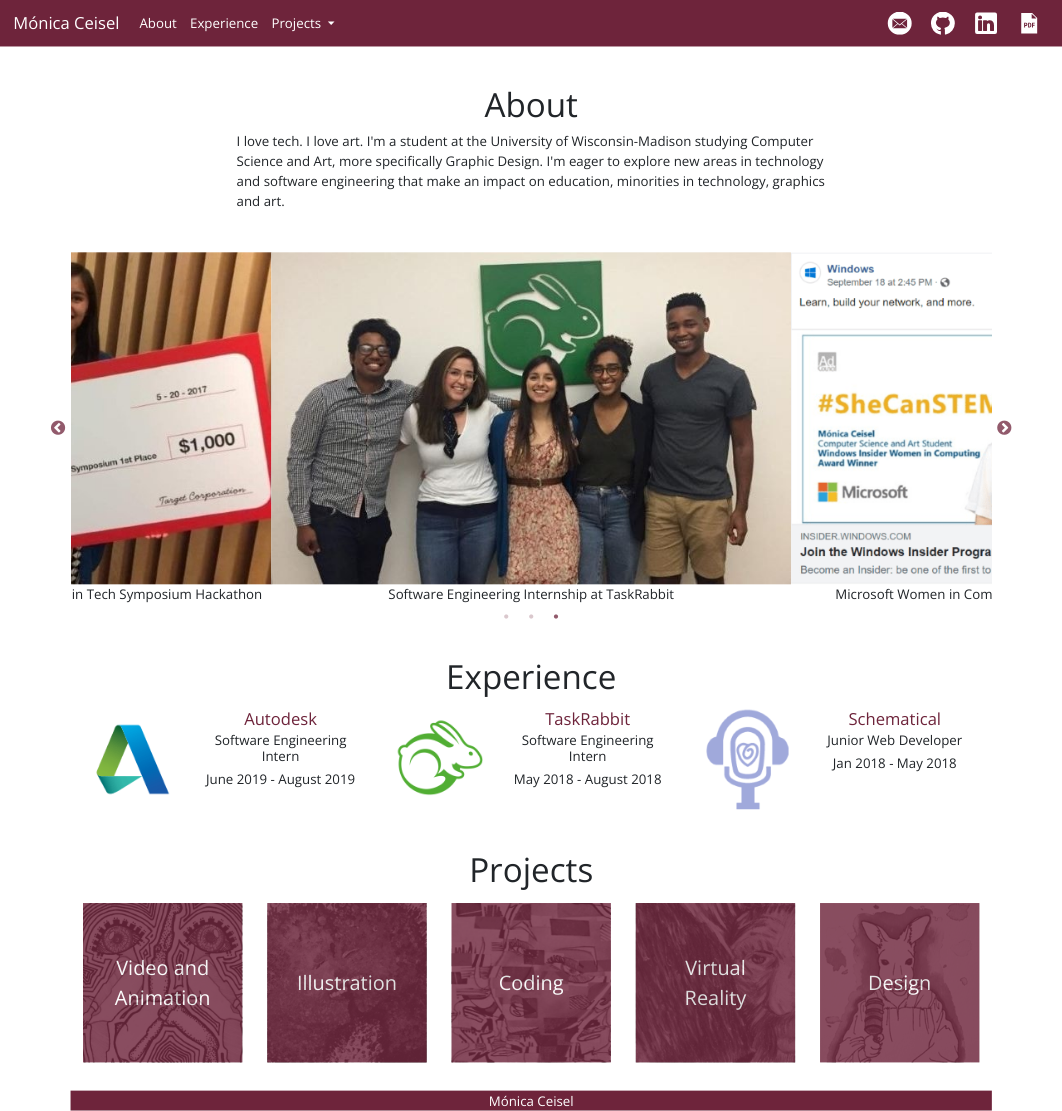
Repository: ceiselm/ceiselm.github.io
Page: index.html
These files come from the project's save history. The page is drawn as it stood at one moment and after the next save; the edit follows.
The browser window is 1280 px wide. The pictures show the whole page, at 83% of full size.

Above is the page before, as saved 2019-07-12 06:24:28.

### index.html
<!DOCTYPE html>
<html lang="en">

<head>
  <meta charset="utf-8">
  <meta http-equiv="X-UA-Compatible" content="IE=edge">
  <meta name="viewport" content="width=device-width, initial-scale=1">
  <title>M&oacute;nica Ceisel</title>
  <!-- Bootstrap -->
  <link href="css/bootstrap-4.2.1.css" rel="stylesheet">
  <!-- slick -->
  <link rel="stylesheet" type="text/css" href="slick/slick.css" />
  <!-- Add the new slick-theme.css if you want the default styling -->
  <link rel="stylesheet" type="text/css" href="slick/slick-theme.css" />
  <!-- font -->
  <link href="https://fonts.googleapis.com/css?family=Open+Sans&display=swap" rel="stylesheet">
  <!-- overwrites -->
  <link href="css/home.css" rel="stylesheet">
</head>

<body>
  <nav class="navbar navbar-expand-lg navbar-dark bg-dark">
    <a class="navbar-brand" href="./index.html">M&oacute;nica Ceisel</a>
    <button class="navbar-toggler" type="button" data-toggle="collapse" data-target="#navbarSupportedContent"
      aria-controls="navbarSupportedContent" aria-expanded="false" aria-label="Toggle navigation">
      <span class="navbar-toggler-icon"></span>
    </button>
    <div class="collapse navbar-collapse" id="navbarSupportedContent">
      <ul class="navbar-nav mr-auto">
        <li class="nav-item">
          <a class="nav-link" href="#startAbout">About</a>
        </li>
        <li class="nav-item">
          <a class="nav-link" href="#startExperience">Experience</a>
        </li>
        <li class="nav-item dropdown">
          <a class="nav-link dropdown-toggle" href="#" id="navbarDropdown" role="button" data-toggle="dropdown"
            aria-haspopup="true" aria-expanded="false">
            Projects
          </a>
          <div class="dropdown-menu" aria-labelledby="navbarDropdown">
            <a class="dropdown-item" href="./subpages/coding.html">Coding</a>
            <div class="dropdown-divider"></div>
            <a class="dropdown-item" href="./subpages/illustration.html">Illustration</a>
            <a class="dropdown-item" href="./subpages/design.html">Design</a>
            <a class="dropdown-item" href="./subpages/virtualreality.html">Virtual Reality</a>
            <a class="dropdown-item" href="./subpages/videoandanimation.html">Video and Animation</a>
          </div>
        </li>
      </ul>
    </div>
    <!--		HAVE ICONS APPEAR ON BOTTOM FOR RESPONSIVE!-->
    <div class="navabar navbar-collapse">
      <ul class="navbar-nav ml-auto">
        <li class="nav-item">
          <a target="_blank" href="mailto:ceiselm@gmail.com"><img class="contact-icon" src="images/social/mail.svg"
              title="ceiselm@gmail.com" alt="mail"></a>
          <a target="_blank" href="https://github.com/ceiselm"><img class="contact-icon" src="images/social/github.svg"
              title="ceiselm" alt="github"></a>
          <a target="_blank" href="https://www.linkedin.com/in/monicaceisel/"><img class="contact-icon" src="images/social/linkedin.svg"
              title="monicaceisel" alt="linkedin"></a>
          <!-- <a target="_blank" href="https://twitter.com/Momonimations"><img class="contact-icon" src="images/social/twitter.svg" title="Momonimations" alt="twitter"></a> -->
          <a target="_blank" href="https://drive.google.com/file/d/1QmD4gdm7__M2SBpGTWKV59mZdb-YG6Mg/view?usp=sharing"><img
              class="contact-icon" src="images/social/pdf.svg" title="Resume" alt="resume"></a>
        </li>
      </ul>
    </div>
  </nav>
  <!-- <hr> -->
  <div class="portion">
    <section>
      <div class="text-center mt-2">
        <div class="container">
          <div class="row">
            <div class="col-12">
              <h1 id="startAbout">About</h1>
              <div class="container">
                <div class="row justify-content-center">
                  <div class="col col-md-8">
                    <p align="left">I love tech. I love art. I'm a student at the University of Wisconsin-Madison
                      studying Computer Science and Art,
                      more specifically Graphic Design. I'm eager to explore new areas in technology and software
                      engineering that
                      make an impact on education, minorities in technology, graphics and art.
                    </p>
                  </div>
                </div>
              </div>
              <!--				https://insider.windows.com/en-us/community-news/how-this-coder-artist-grew-superpowers-to-create/-->
              <!--				https://insider.windows.com/en-us/community-news/extraordinary-women-in-computing/-->

              <!-- <div class="wrapper"> -->
              <div class="portion">
                <div class="slides">
                  <div><img class="slide-item" src="images/carousel/Microsoft.png" alt="First slide">Microsoft Women in
                    Computing Award Winner</div>
                  <div><img class="slide-item" src="images/carousel/Target.jpg" alt="Second slide">1st Place for the
                    Target Women in Tech Symposium Hackathon</div>
                  <div><img class="slide-item" src="images/carousel/TaskRabbit.jpg" alt="Third slide">Software
                    Engineering Internship at TaskRabbit</div>
                </div>
              </div>
              <!-- <hr> -->
              <div class="portion">
                <section>
                  <div class="container">
                    <div class="row">
                      <div class="col-12 text-center">
                        <h1 id="startExperience">Experience</h1>
                        <!-- <p>Lorem ipsum dolor sit amet, consectetur adipisicing elit. Quibusdam, magni, doloribus, possimus eum sapiente deleniti doloremque fugit ut expedita molestiae iusto debitis eveniet modi obcaecati ipsam quos quis labore dicta.</p> -->
                      </div>
                    </div>
                  </div>
                </section>
                <section>
                  <div class="container mt-2">
                    <div class="row">
                      <div class="col-md-4 col-12">
                        <ul class="list-unstyled">
                          <li class="media">
                            <img class="mr-3" src="images/companies/120px-Autodesk_logo.svg.png" alt="Generic placeholder image">
                            <div class="media-body">
                              <h5 class="mt-0 mb-1"><a href="https://www.autodesk.com/">Autodesk</a></h5>
                              <h6>Software Engineering Intern</h6>
                              <h6>June 2019 - August 2019</h6>
                            </div>
                          </li>
                        </ul>
                      </div>
                      <div class="col-md-4 col-12">
                        <ul class="list-unstyled">
                          <li class="media">
                            <img class="mr-3" src="images/companies/taskrabbit_logo.png" alt="Generic placeholder image">
                            <div class="media-body">
                              <h5 class="mt-0 mb-1"><a href="https://www.taskrabbit.com/">TaskRabbit</a></h5>
                              <h6>Software Engineering Intern</h6>
                              <h6>May 2018 - August 2018</h6>
                            </div>
                          </li>
                        </ul>
                      </div>
                      <div class="col-md-4 col-12">
                        <ul class="list-unstyled">
                          <li class="media">
                            <img class="mr-3" src="images/companies/castdex_logo.png" alt="Generic placeholder image">
                            <div class="media-body">
                              <h5 class="mt-0 mb-1"><a href="http://www.castdex.com/">Schematical</a></h5>
                              <h6>Junior Web Developer</h6>
                              <h6>Jan 2018 - May 2018</h6>
                            </div>
                          </li>
                        </ul>
                      </div>
                    </div>
                  </div>
                </section>
              </div>
              <!-- <hr> -->
              <div class="portion">
                <section>
                  <div class="container">
                    <div class="row">
                      <div class="col-12 text-center">
                        <h1>Projects</h1>
                        <!-- <p>Lorem ipsum dolor sit amet, consectetur adipisicing elit. Officia, et, placeat !</p> -->
                      </div>
                    </div>
                    <div class="row mt-2">

                      <div class="col-md mt-md-0 mt-1">
                        <a href="#">
                          <img class="image img-fluid float-right" src="images/buttons/Button03.png" alt="">
                          <div class="overlay">
                            <div class="text">Video and Animation</div>
                          </div>
                        </a>
                      </div>

                      <div class="col-md mt-md-0 mt-1">
                        <a href="#">
                          <img class="image img-fluid float-left" src="images/buttons/Button01.png" alt="">
                          <div class="overlay">
                            <div class="text">Illustration</div>
                          </div>
                        </a>
                      </div>

                      <div class="col-md mt-md-0 mt-1">
                        <a href="#">
                          <img class="image img-fluid float-left" src="images/buttons/Button05.png" alt="" href="#">
                          <div class="overlay">
                            <div class="text">Coding</div>
                          </div>
                        </a>
                      </div>
                      <div class="col-md mt-md-0 mt-1">
                        <a href="#">
                          <img class="image img-fluid float-right" src="images/buttons/Button04.png" alt="" href="#">
                          <div class="overlay">
                            <div class="text">Virtual Reality</div>
                          </div>
                        </a>
                      </div>
                      <div class="col-md mt-md-0 mt-1">
                        <a href="#">
                          <img class="image img-fluid float-left" src="images/buttons/Button02.png" alt="" href="#">
                          <div class="overlay">
                            <div class="text">Design</div>
                          </div>
                        </a>
                      </div>
                    </div>
                  </div>
                </section>
              </div>

              <div class="portion">
                <div class="container">
                  <div class="row">
                    <div class="footer">M&oacute;nica Ceisel</div>
                  </div>
                </div>
                <!-- <div class="footer"></div> -->
              </div>
              <!-- jQuery (necessary for Bootstrap's JavaScript plugins) -->
              <script src="js/jquery-3.3.1.min.js"></script>
              <!-- Include all compiled plugins (below), or include individual files as needed -->
              <script src="js/popper.min.js"></script>
              <script src="js/bootstrap-4.2.1.js"></script>
              <script src="js/index.js"></script>
              <!-- slick -->
              <script type="text/javascript" src="slick/slick.min.js"></script>
</body>

</html>

### css/home.css
@charset "utf-8";
/* CSS Document */

body {
  font-family: 'Open Sans', sans-serif;
}

.footer {
  left: 0;
  bottom: 0;
  width: 100%;
  background-color: #6E243B;
  color: white;
  text-align: center;
}

.contact-icon {
    height: 1.8em;
    width: 3em;

}

.contact-icon:hover {
    position: relative;
	opacity: .8;
}

.bg-dark {
  background-color: #6E243B !important;
}

.navbar-dark .navbar-nav .nav-link {
    color: rgba(255, 255, 255, 255);
}

h5 {
	color: #6E243B;
}

h5:hover, h5:link, h5:focus {
	color: #EDA200;
}

a {
	text-decoration: none !important;
	color: inherit;
}

a:hover, a:link, a:focus {
	color: inherit;
}

/*
.container {
  position: relative;
  width: 50%;
}
*/

.image {
  position:relative;
  display: block;
  width: 100%;
  height: auto;
  opacity: 0.9;
  transition: 1s ease;
  -webkit-filter: grayscale(100%); /* Safari 6.0 - 9.0 */
  filter: grayscale(100%);
}

.overlay {
  position: relative;
  top: 0;
  bottom: 0;
  left: 0;
  right: 0;
  height: 100%;
  width: 100%;
  opacity: 0.8;
  background-color: #6E243B;
}

.col-md:hover .image {
  opacity: 1;
  -webkit-filter: grayscale(0%); /* Safari 6.0 - 9.0 */
  filter: grayscale(0%);
}

.col-md:hover .overlay {
  opacity: 0;
}


.text {
  color: white;
  font-size: 18pt;
  position: absolute;
  top: 50%;
  left: 50%;
  opacity: 1 !important;
  -webkit-transform: translate(-50%, -50%);
  -ms-transform: translate(-50%, -50%);
  transform: translate(-50%, -50%);
  text-align: center;
}


.slide-item {
  width: 100%;
}


.slick-prev:before {
  color: #6E243B;
}

.slick-next:before {
  color: #6E243B;
}

.slick-dots li.slick-active button::before {
  color: #6E243B;
}

.slick-dots li button::before {
  color: #6E243B;
}

.portion {
  padding-top: 3%;
}

### js/index.js
$(document).ready(function(){
  $('.slides').slick({
    centerMode: true,
    centerPadding: '60px',
    slidesToShow: 1,
    slidesToScroll: 1,
    adaptiveHeight: true,
    dots: true,
    arrows: true,
    variableWidth: true,
    autoplay: true,
    autoplaySpeed: 2000,
    responsive: [
      {
        breakpoint: 768,
        settings: {
          arrows: false,
          centerMode: true,
          centerPadding: '40px',
          slidesToShow: 1
        }
      },
      {
        breakpoint: 480,
        settings: {
          arrows: false,
          centerMode: true,
          centerPadding: '40px',
          slidesToShow: 1
        }
      }
    ]

  });
});

Loaded but not shown: css/bootstrap-4.2.1.css (library); slick/slick.css (common file); slick/slick-theme.css (library); js/jquery-3.3.1.min.js (library); js/popper.min.js (library); js/bootstrap-4.2.1.js (library); slick/slick.min.js (library)

After the next save:
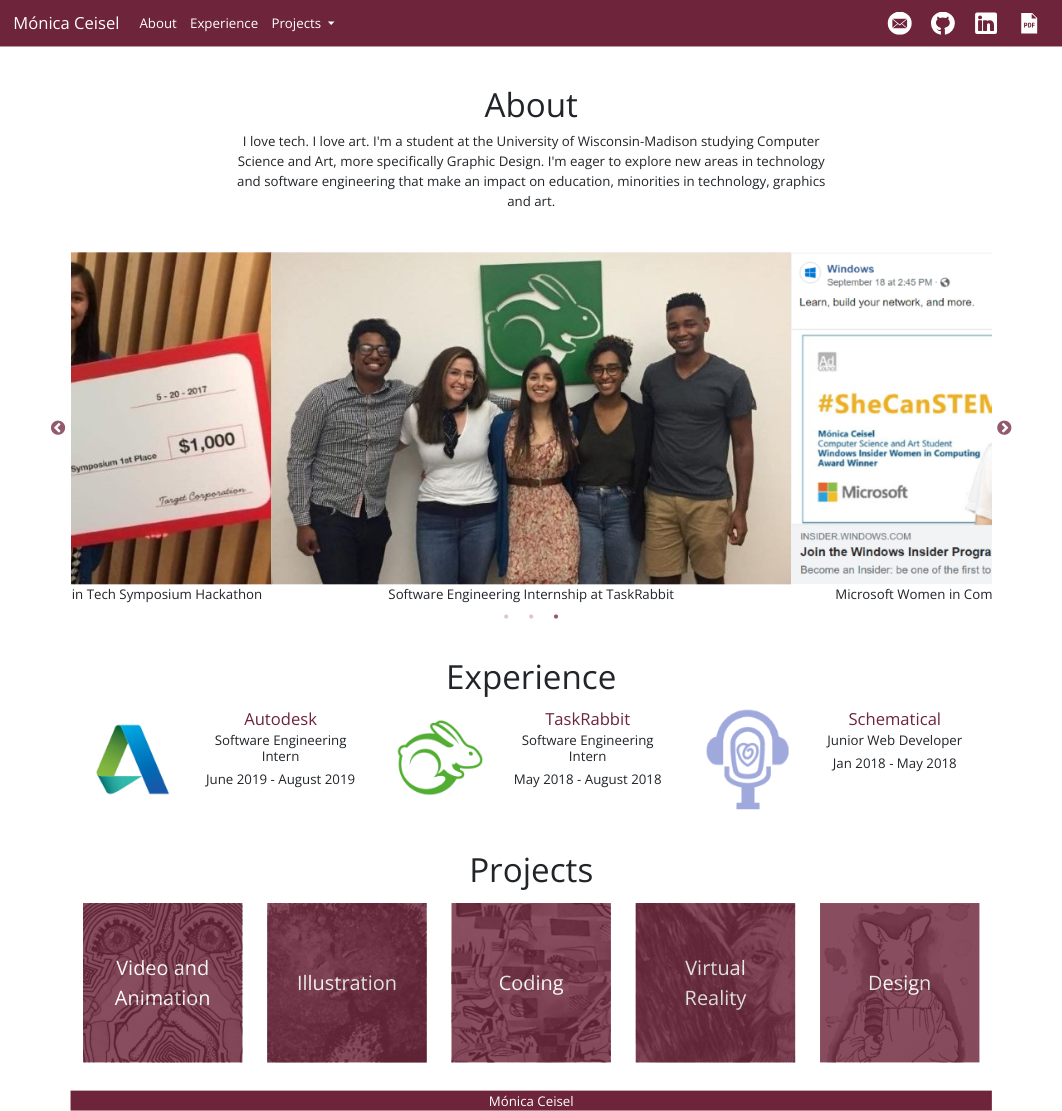
Saved 67 s later.
--- a/index.html
+++ b/index.html
@@ -77,7 +77,7 @@
               <div class="container">
                 <div class="row justify-content-center">
                   <div class="col col-md-8">
-                    <p align="left">I love tech. I love art. I'm a student at the University of Wisconsin-Madison
+                    <p style="align:left;">I love tech. I love art. I'm a student at the University of Wisconsin-Madison
                       studying Computer Science and Art,
                       more specifically Graphic Design. I'm eager to explore new areas in technology and software
                       engineering that

After the save that followed:
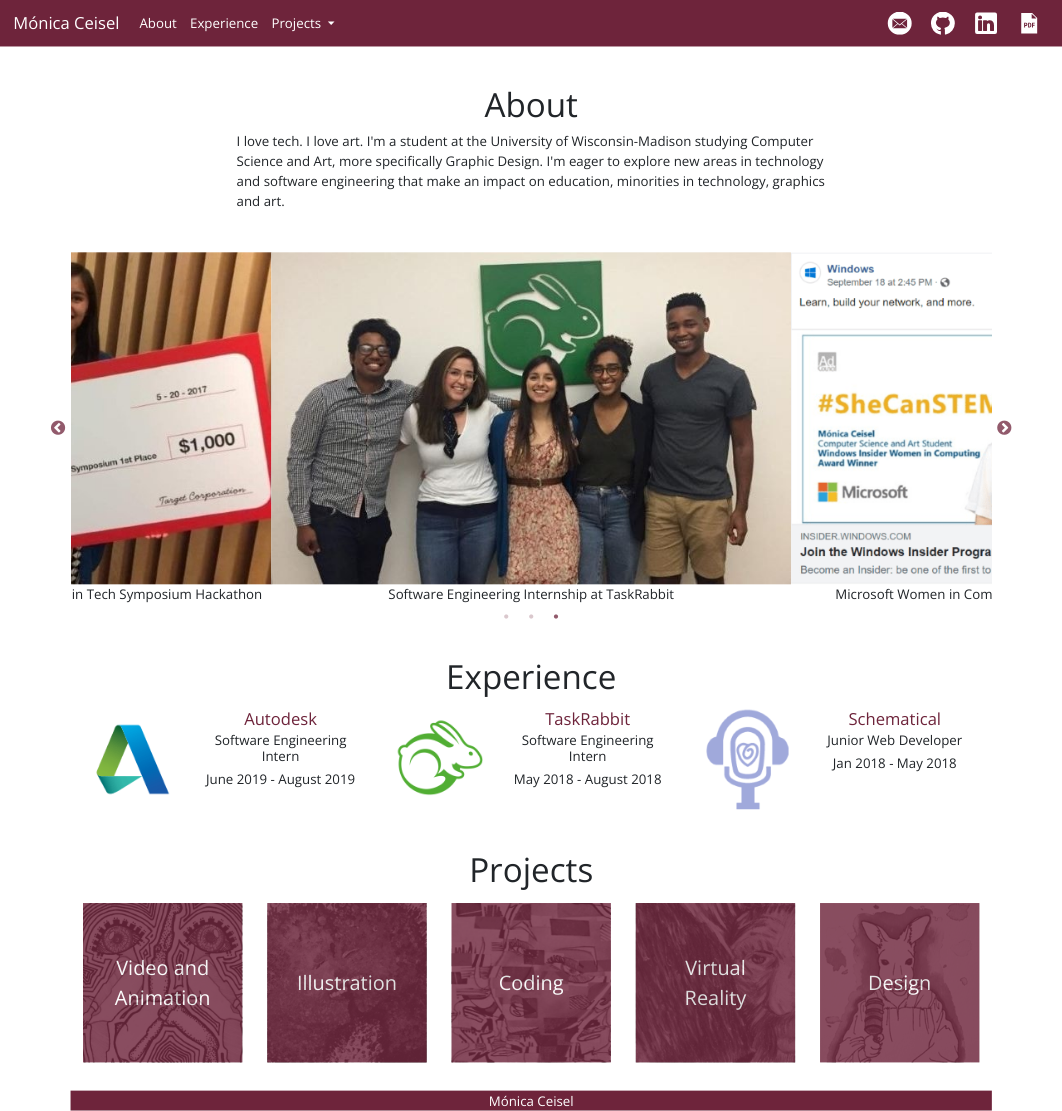
Saved 19 s later.
--- a/index.html
+++ b/index.html
@@ -77,7 +77,7 @@
               <div class="container">
                 <div class="row justify-content-center">
                   <div class="col col-md-8">
-                    <p style="align:left;">I love tech. I love art. I'm a student at the University of Wisconsin-Madison
+                    <p align="left">I love tech. I love art. I'm a student at the University of Wisconsin-Madison
                       studying Computer Science and Art,
                       more specifically Graphic Design. I'm eager to explore new areas in technology and software
                       engineering that
